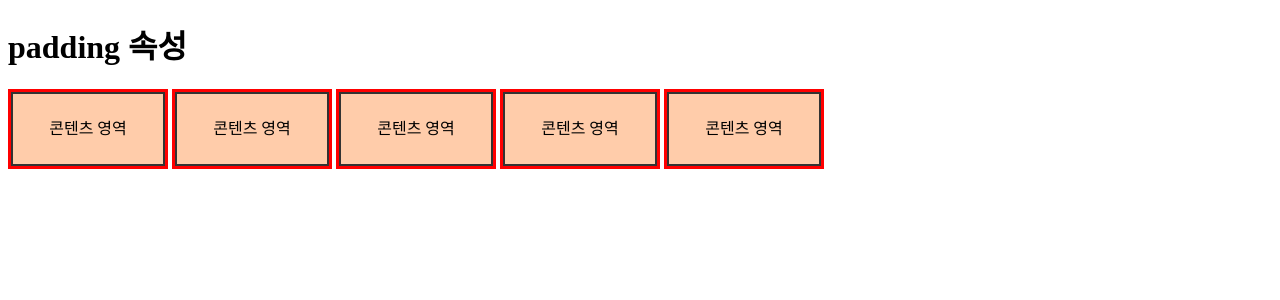
Repository: cussip/SuperHands
Page: WebExam/src/main/webapp/css/box_model/padding.html
An editor plug-in stored every save of this project. The page is shown before and after the next save, followed by the edit.
The browser window is 1280 px wide. The pictures show the whole page.

Above is the page before, as saved 2022-01-31 04:29:29.

### WebExam/src/main/webapp/css/box_model/padding.html
<!DOCTYPE html>
<html>
<head>
	<meta charset="UTF-8">
	<title>padding.html</title>
	<style>
		div {
			display: inline-block;
			background: #CCC;
			border: #F00 solid 3px;
		}
		p {
			margin: 0px;
			width: 150px;
			height: 70px;
			border: #333 solid 2px;
			text-align: center;
			line-height: 70px;
			vertical-align: middle;
			background: #FFCCAA;
		}
	</style>
</head>
<body>
	<!-- content 영역과 border 사이의 안쪽 여백을 지정한다. -->
	<h1>padding 속성</h1>
	<div class="padding01">
		<p>콘텐츠 영역</p>
	</div>
	<div class="padding02">
		<p>콘텐츠 영역</p>
	</div>
	<div class="padding03">
		<p>콘텐츠 영역</p>
	</div>
	<div class="padding04">
		<p>콘텐츠 영역</p>
	</div>
	<div class="padding05">
		<p>콘텐츠 영역</p>
	</div>
</body>
</html>

After the next save:
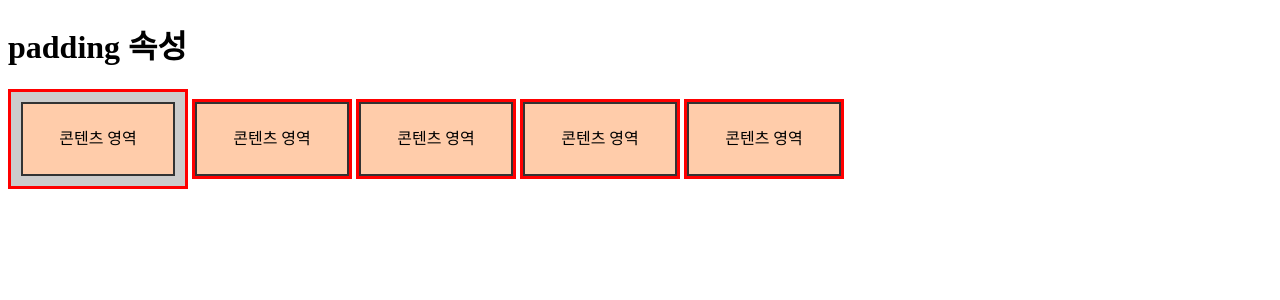
Saved 39 s later.
--- a/WebExam/src/main/webapp/css/box_model/padding.html
+++ b/WebExam/src/main/webapp/css/box_model/padding.html
@@ -18,6 +18,9 @@
 			line-height: 70px;
 			vertical-align: middle;
 			background: #FFCCAA;
+		}
+		.padding01 {
+			padding: 10px;
 		}
 	</style>
 </head>
